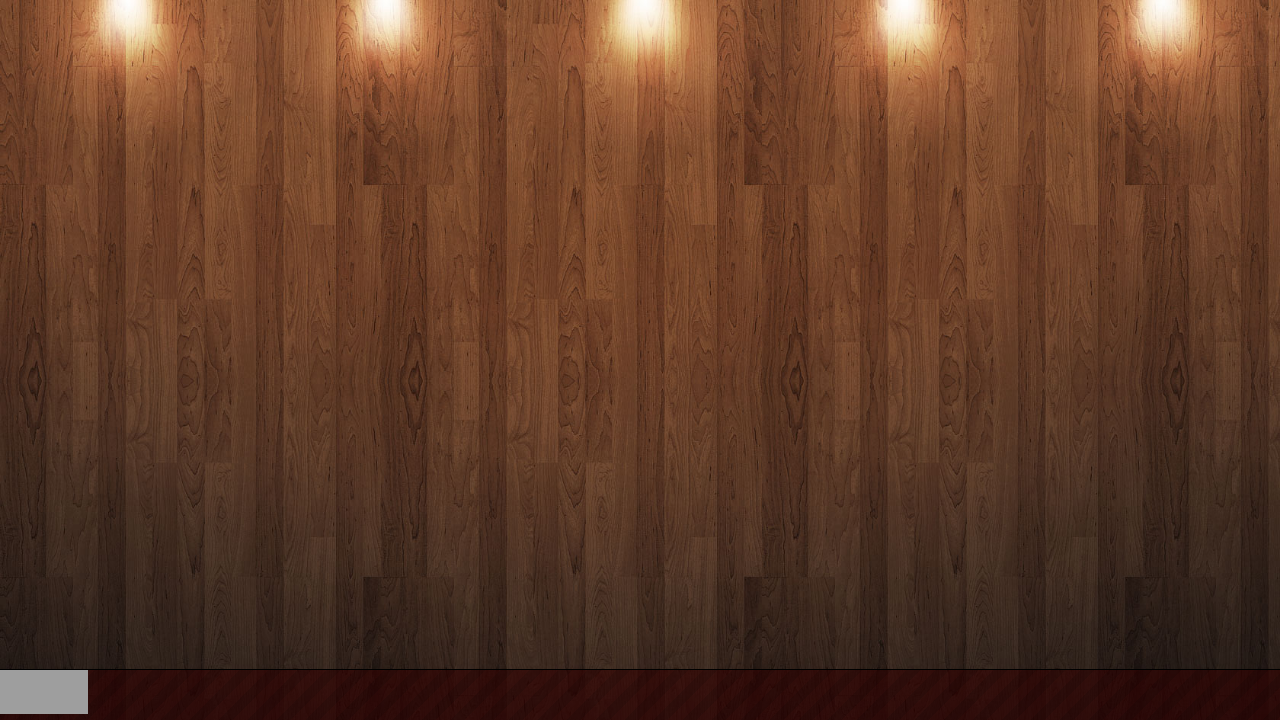
Repository: fr222cy/1dv403-JavaScript-L01
Page: 5-pdw/index.html
The author's editor kept a record of every edit. The page is drawn from the files as they stood at one moment, then again after the next edit.
The browser window is 1280 px wide. The pictures show the whole page.
Pictures or frames that could not be fetched are drawn as grey boxes.

Above is the page before.

After the next edit:
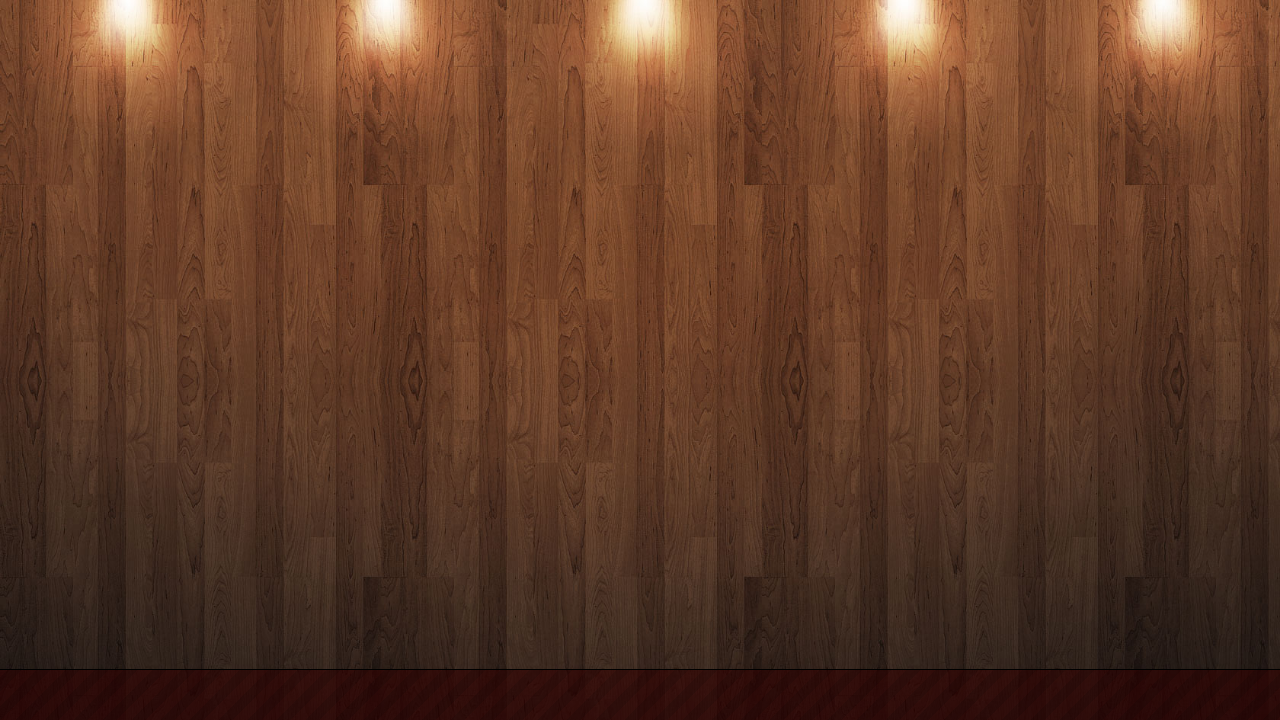
Console error: SyntaxError: Unexpected token ','
The edit:
--- a/5-pdw/scripts/start.js
+++ b/5-pdw/scripts/start.js
@@ -18,7 +18,7 @@
 
     this.element.appendChild(image);
 
-    this.apps[name] = {name: name, img: url};
+    this.apps[name] = {name: name, class: class, img: url};
 
     image.onclick = function() {
         this.open(name)

After the 2 edits that followed:
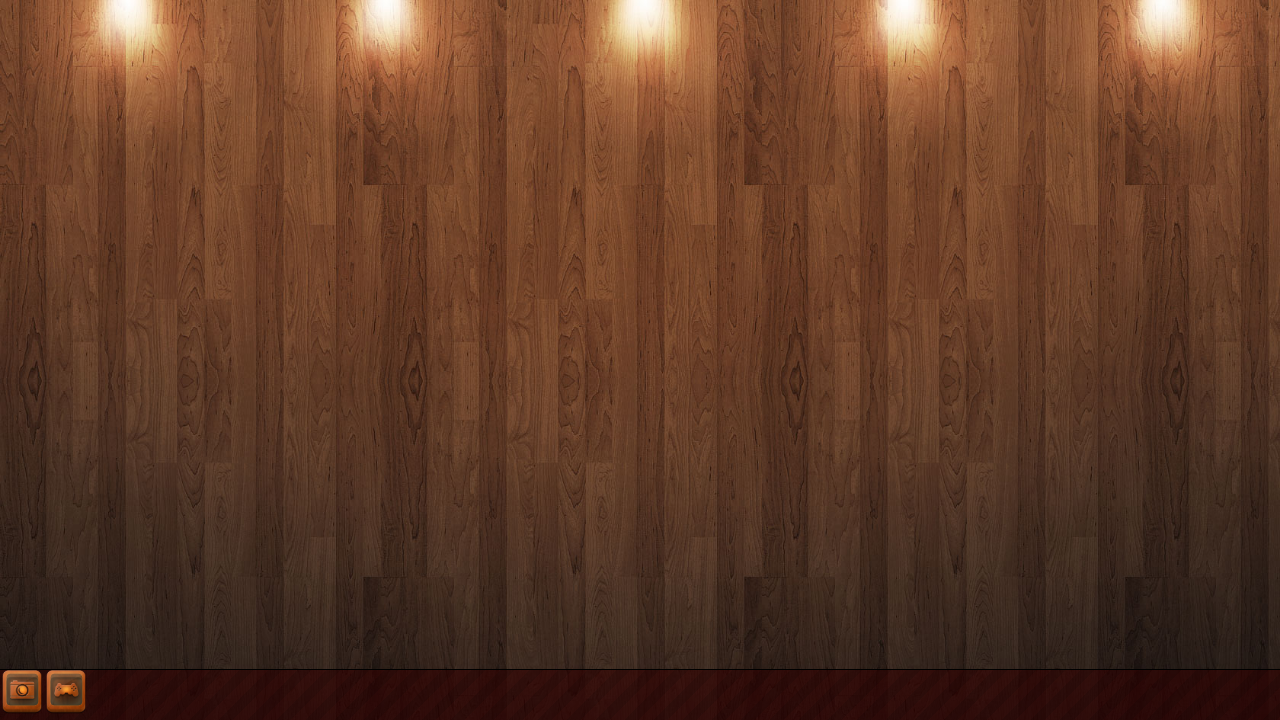
The error is gone.
The 2 edits are shown as one change because 1 left the picture as it was.
The edit:
--- a/5-pdw/scripts/start.js
+++ b/5-pdw/scripts/start.js
@@ -11,14 +11,14 @@
     this.apps = {};
 }
 
-StartBar.prototype.addApp = function(name, url) {
+StartBar.prototype.addApp = function(name, constructor, url) {
 
     var image = document.createElement("img");
     image.src = url;
 
     this.element.appendChild(image);
 
-    this.apps[name] = {name: name, class: class, img: url};
+    this.apps[name] = {name: name, constructor: constructor, img: url};
 
     image.onclick = function() {
         this.open(name)
